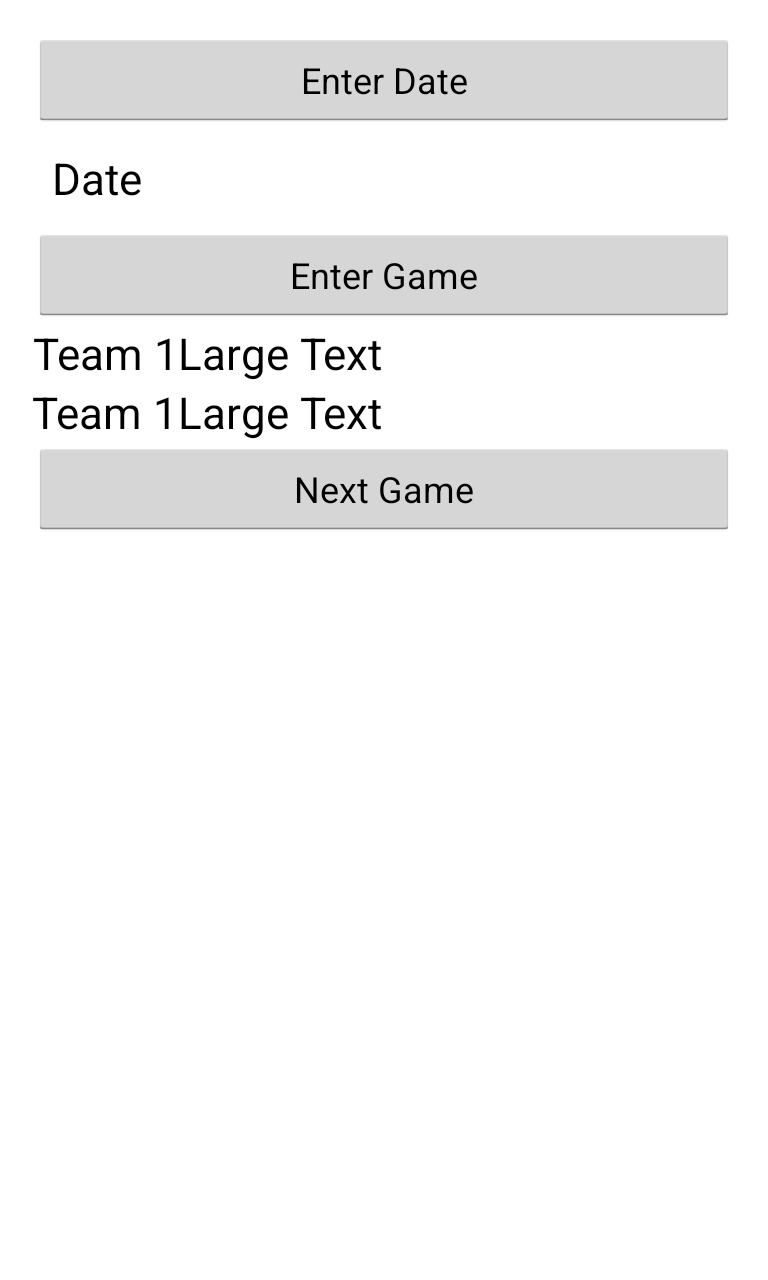
Repository: shervinshaikh/Android
Layout: NBAScoreTracker/res/layout/activity_sport_scores.xml
These files come from the project's save history. The layout is drawn as it stood at one moment and after the next save; the edit follows.
It is drawn on a 768 x 1280 px phone screen (xhdpi) without system bars, with theme AppTheme; the app's code is not run.

Above is the layout before, as saved 2013-04-27 18:39:42.

After the next save:
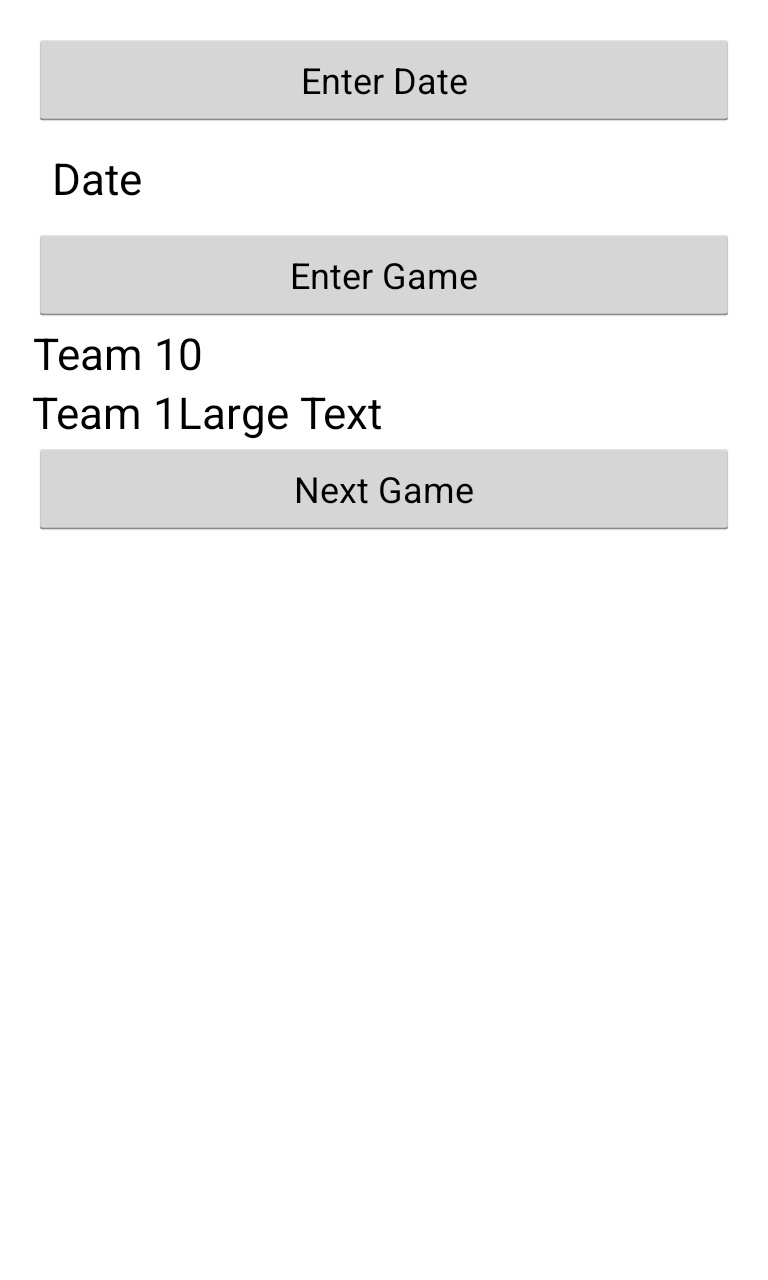
Saved 11 s later.
--- a/NBAScoreTracker/res/layout/activity_sport_scores.xml
+++ b/NBAScoreTracker/res/layout/activity_sport_scores.xml
@@ -51,7 +51,7 @@
             android:id="@+id/textView4"
             android:layout_width="wrap_content"
             android:layout_height="wrap_content"
-            android:text="Large Text"
+            android:text="0"
             android:textAppearance="?android:attr/textAppearanceLarge"
             android:gravity="left" />
 
